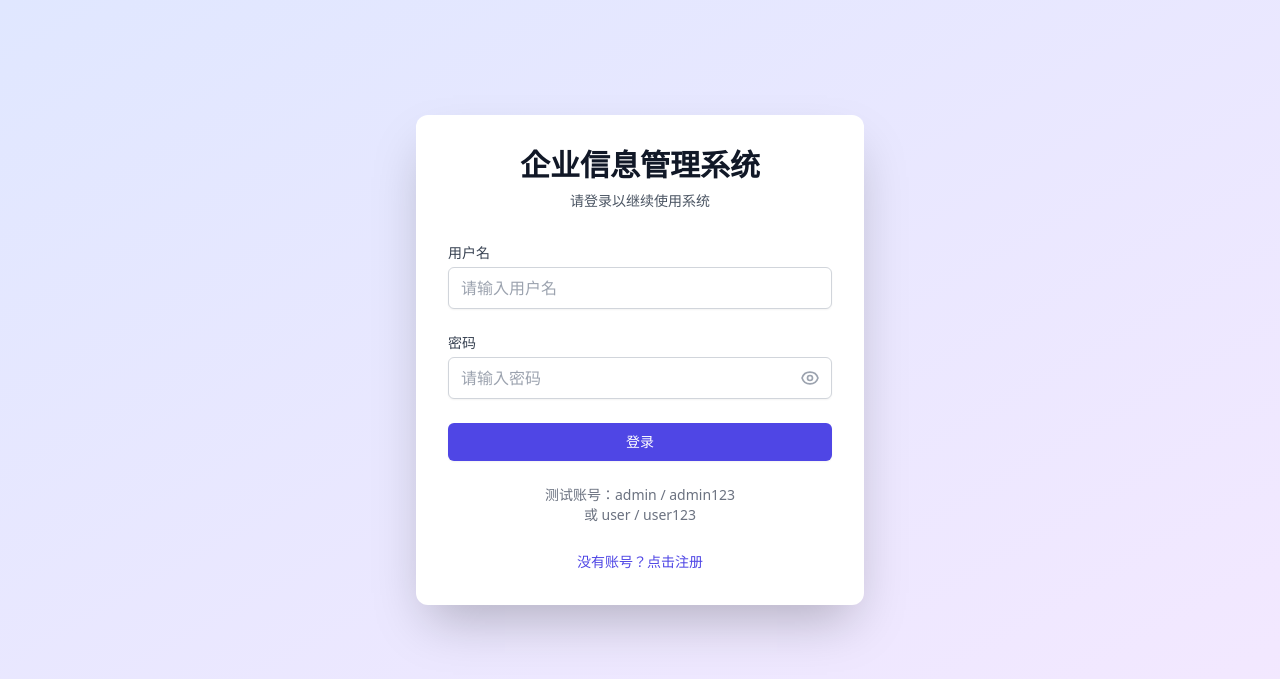
Repository: RunnerQuan/enterprise-info-system-demo
Page: / (app in frontend/enterprise-info-system/)
The author's editor kept a copy of each file at every save. The page is drawn from the files as they stood at one save, then again after the next save.
The browser window is 1280 px wide. The pictures show the whole page.
The project was rebuilt for these pictures with package versions that can differ from the ones it lists, and the page was loaded fresh each time. Also part of the build but not shown: frontend/enterprise-info-system/vite.config.ts.

Above is the page before, as saved 2024-12-26 13:44:40.

After the next save:
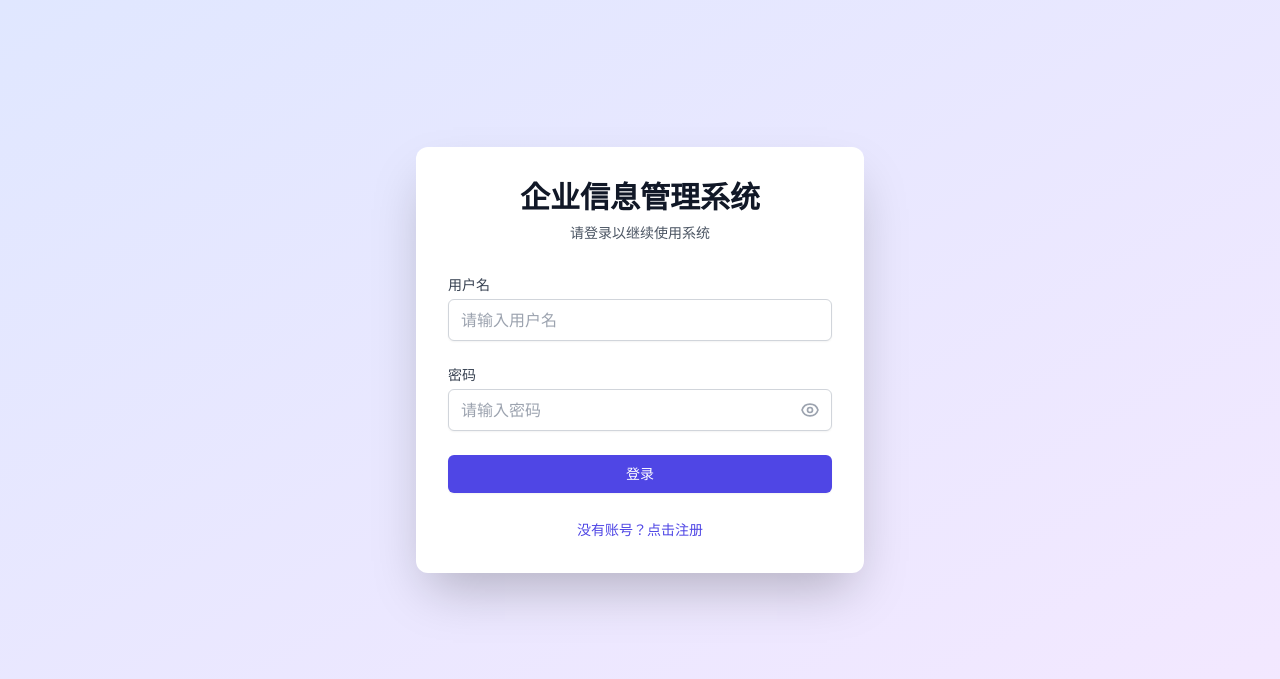
Saved 14 min 25 s later.
--- a/frontend/enterprise-info-system/src/views/LoginView.vue
+++ b/frontend/enterprise-info-system/src/views/LoginView.vue
@@ -147,12 +147,6 @@ const togglePasswordVisibility = () => {
             </button>
           </div>
 
-          <!-- 测试账号提示 -->
-          <div class="mt-4 text-center text-sm text-gray-500">
-            <p>测试账号：admin / admin123</p>
-            <p>或 user / user123</p>
-          </div>
-
           <div class="text-center mt-4">
             <router-link
               to="/register"
